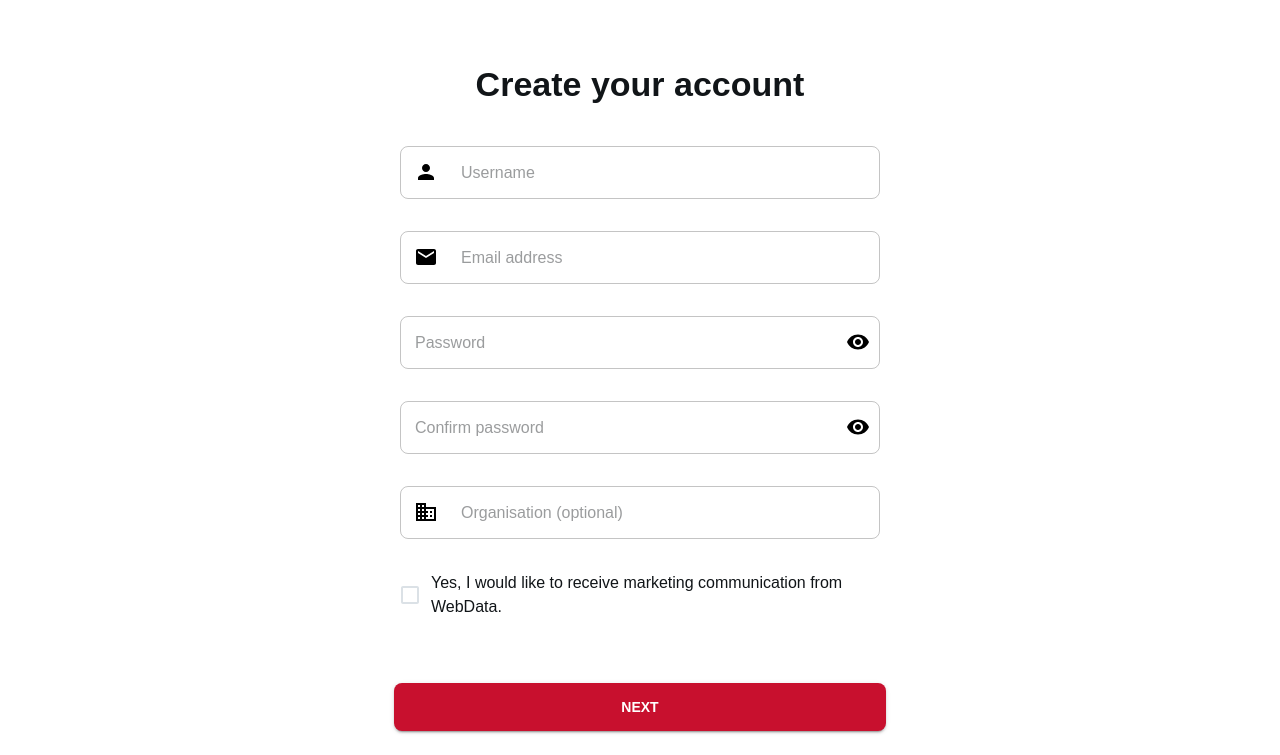
Repository: Pascal-Ahmadu/Tender-download-system
Page: /register (app in frontend/)
An editor plug-in stored every save of this project. The page is shown before and after the next save, followed by the edit.
The browser window is 1280 px wide. The pictures show the whole page.
The page's requests for data from a server got no answer. Some web fonts or font styles are not loaded; a fallback is used. The project was rebuilt for these pictures with package versions that can differ from the ones it lists, and the page was loaded fresh each time. No one was signed in, and anything a server would have sent is missing. Also part of the build but not shown: frontend/vite.config.js, frontend/src/components/pages/LoginPage.jsx.

Above is the page before, as saved 2024-07-31 08:18:29.

After the next save:
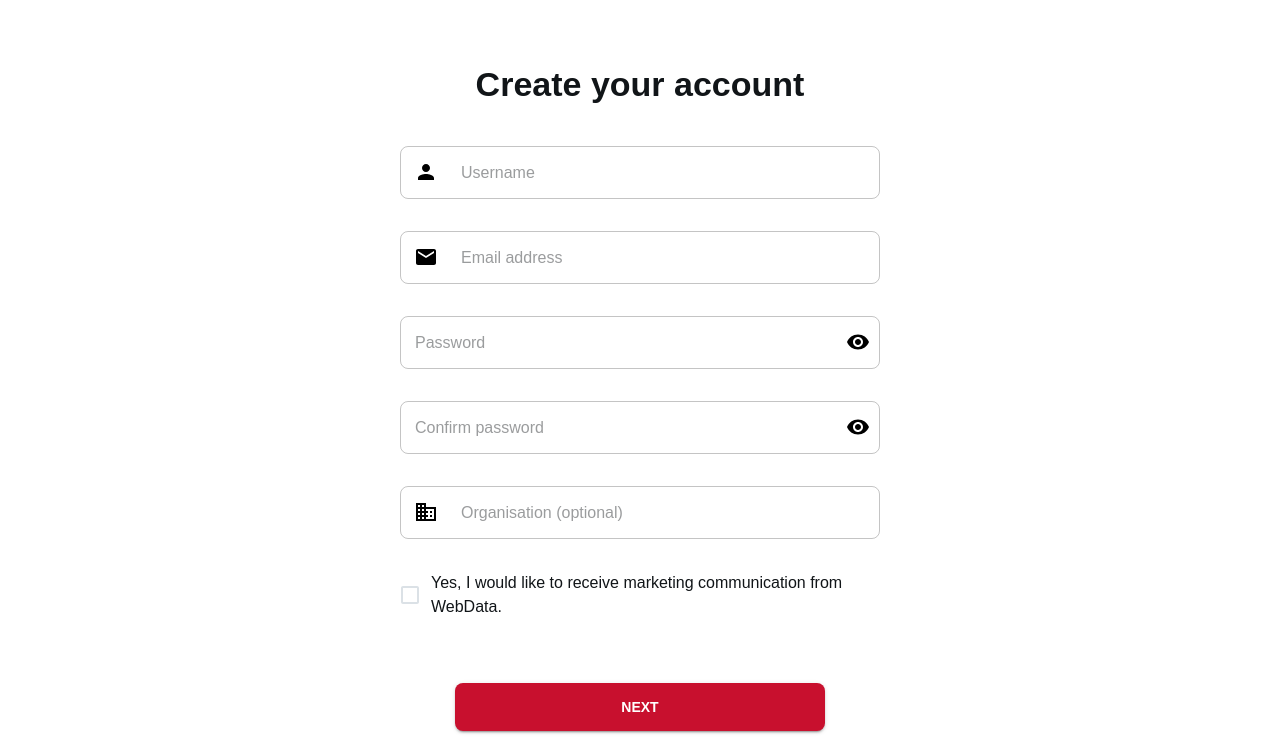
Saved 12 s later.
--- a/frontend/src/components/pages/RegistrationPage.jsx
+++ b/frontend/src/components/pages/RegistrationPage.jsx
@@ -373,7 +373,7 @@ function SignupForm() {
             borderRadius: 2,
             py: 1.5, // Adjust vertical padding for height
             mt: 2, // Margin top for spacing
-            width: "40%", // Ensure button width is 100% of container width
+            width: "30%", // Ensure button width is 100% of container width
             boxSizing: "border-box", // Ensure padding is included in width
             "&:hover": {
               bgcolor: "#a50f1d", // Slightly darker on hover
